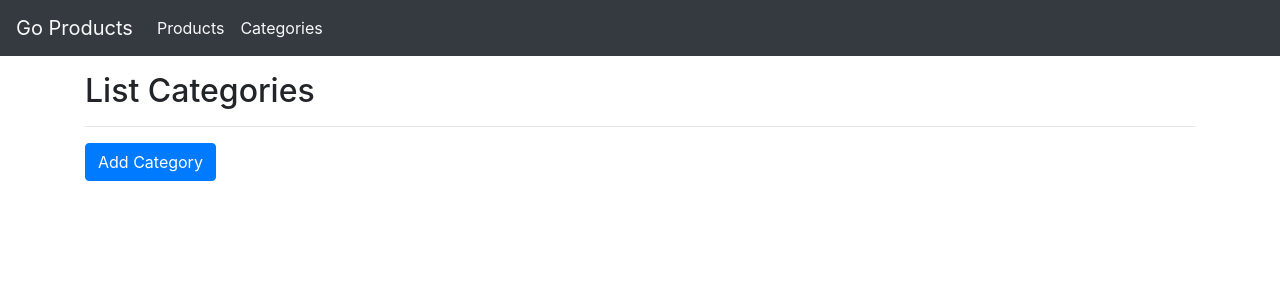
Repository: Nouthemoran/go-web-native-crud
Page: views/category/index.html
An editor plug-in stored every save of this project. The page is shown before and after a run of saves, followed by the edit.
The browser window is 1280 px wide. The pictures show the whole page.

Above is the page before, as saved 2023-10-04 15:38:26.

After the next 8 saves:
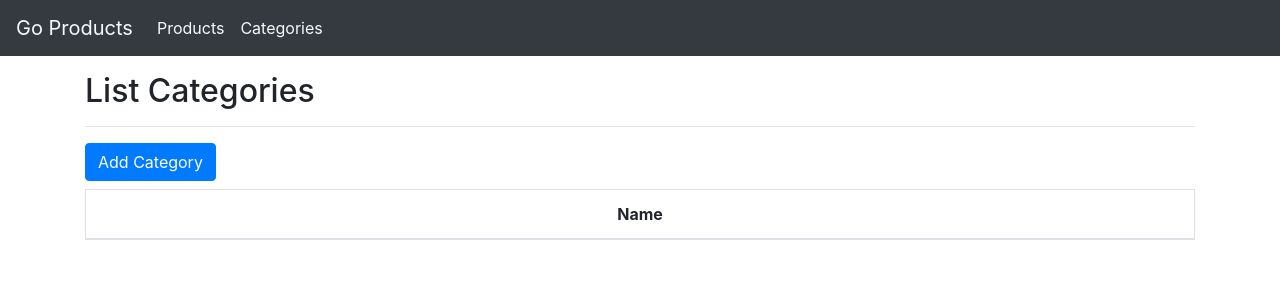
The 8 saves are shown as one change because they came seconds apart.
The last was saved 28 s later.
--- a/views/category/index.html
+++ b/views/category/index.html
@@ -35,7 +35,11 @@
         <hr>
         <a href="/category/create" class="btn btn-primary">Add Category</a>
         <table class="table table-bordered mt-2 text-center">
-
+            <thead>
+                <tr>
+                    <th>Name</th>
+                </tr>
+            </thead>
         </table>
     </div>
 
